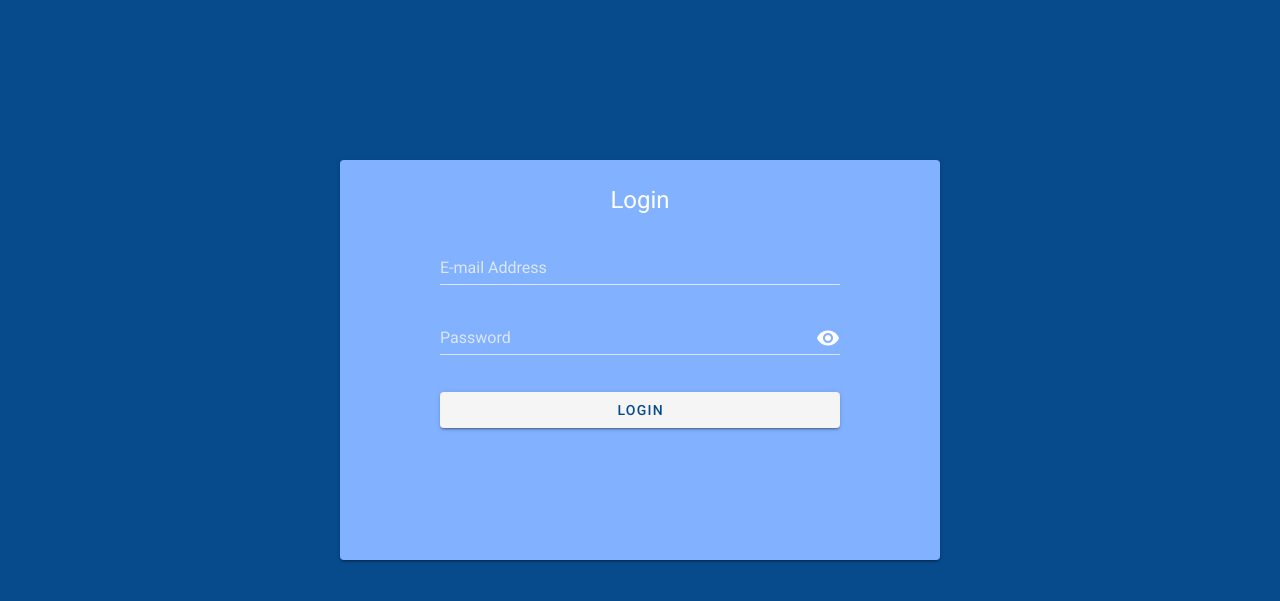
Repository: Grace229/Login
Page: /
These files come from the project's save history. The page is drawn as it stood at one moment and after the next save; the edit follows.
The browser window is 1280 px wide. The pictures show the whole page.
The project was rebuilt for these pictures with package versions that can differ from the ones it lists, and the page was loaded fresh each time. Also part of the build but not shown: vue.config.js. Imported but missing from the stored project, and not drawn on this page: src/views/About.vue.

Above is the page before, as saved 2021-02-15 17:08:18.

### src/App.vue
<template>
  <v-app>
    <v-main><router-view></router-view> </v-main>
  </v-app>
</template>

<script>
export default {
  name: "App",

  components: {},

  data: () => ({
    //
  }),
};
</script>

### src/plugins/vuetify.js
import Vue from "vue";
import Vuetify from "vuetify/lib/framework";

Vue.use(Vuetify);

export default new Vuetify({
  theme: {
    options: {
      customProperties: true,
    },
    themes: {
      light: {
        primary: "#084b8c",
        secondary: "#424242",
        accent: "#82B1FF",
        error: "#FF5252",
        info: "#2196F3",
        success: "#4CAF50",
        warning: "#FFC107",
      },
    },
  },
});

### src/views/Home.vue
<template>
  <main
    style="min-height:100vh"
    class="fill-height primary white--text d-flex flex-column justify-center pa-4"
  >
    <v-container>
      <v-card class="mx-auto accent" max-width="600" height="400">
        <header>
          <div class="headline text-center pt-6 white--text">
            Login
          </div>
        </header>
        <div class="pt-5 mx-auto accent" style="max-width: 400px;">
          <form v-on:submit.prevent="login()">
            <div>
              <v-text-field
                dark
                label="E-mail Address"
                v-model="email"
                :rules="[rules.required, rules.email]"
              />
            </div>
            <div>
              <v-text-field
                dark
                v-model="password"
                :rules="[rules.required]"
                label="Password"
                :type="showPassword ? 'text' : 'password'"
                text
                small
                @click:append="showPassword = !showPassword"
                class="transparent text-capitalize"
                :append-icon="showPassword ? 'mdi-eye-off' : 'mdi-eye'"
              >
              </v-text-field>
              <div class="pt-4">
                <v-btn block class="primary--text" type="submit">Login</v-btn>
              </div>
            </div>
          </form>
        </div>
      </v-card>
    </v-container>
  </main>
</template>

<script>
import axios from "axios";
import router from "../router";
export default {
  data() {
    return {
      email: "",
      password: "",
      FORM: {},
      showPassword: false,
      rules: {
        required: (value) => !!value || "Required.",
        counter: (value) => value.length <= 20 || "Max 20 characters",
        email: (value) => {
          const pattern = /^(([^<>()[\]\\.,;:\s@"]+(\.[^<>()[\]\\.,;:\s@"]+)*)|(".+"))@((\[[0-9]{1,3}\.[0-9]{1,3}\.[0-9]{1,3}\.[0-9]{1,3}])|(([a-zA-Z\-0-9]+\.)+[a-zA-Z]{2,}))$/;
          return pattern.test(value) || "Invalid e-mail.";
        },
      },
    };
  },
  methods: {
    login() {
      axios
        .post("https://login-api-grace.herokuapp.com/api/v1/auth/login", {
          email: this.email,
          password: this.password,
        })
        .then(() => {
          router.push({ name: "Profile" });
        })
        .catch((err) => {
          console.log(err);
        });
    },
  },
};
</script>

Loaded but not shown: public/index.html (common file); src/main.js (common file); src/router/index.js (common file); src/store/index.js (common file)

After the next save:
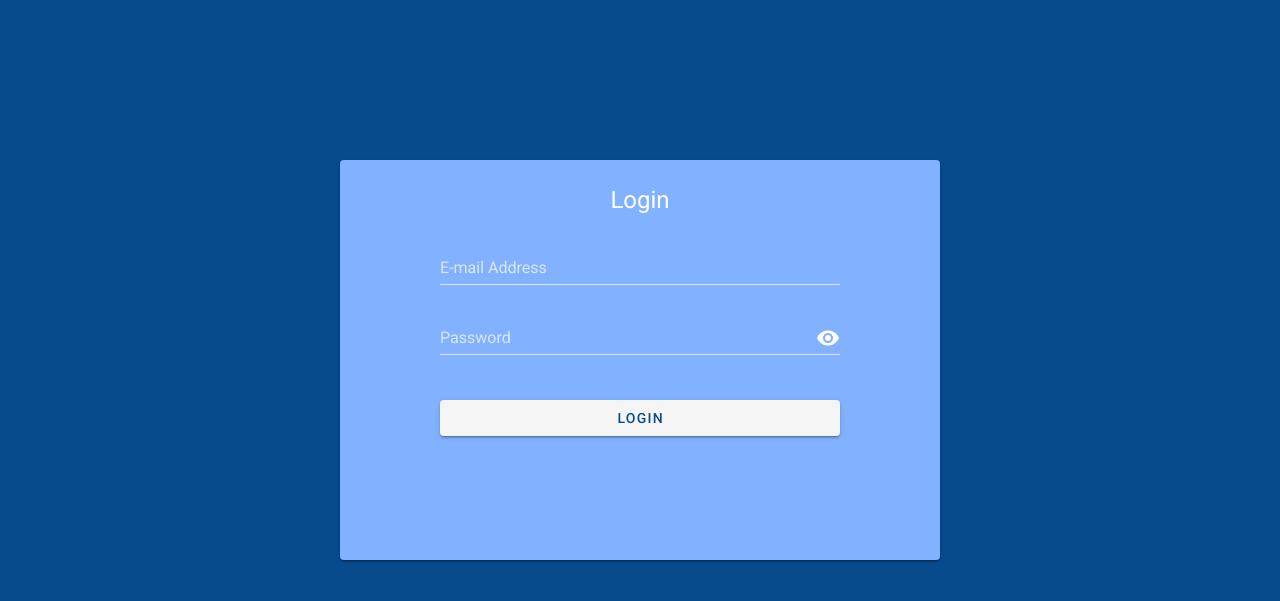
Saved 54 s later.
--- a/src/views/Home.vue
+++ b/src/views/Home.vue
@@ -34,7 +34,7 @@
                 :append-icon="showPassword ? 'mdi-eye-off' : 'mdi-eye'"
               >
               </v-text-field>
-              <div class="pt-4">
+              <div class="pt-6">
                 <v-btn block class="primary--text" type="submit">Login</v-btn>
               </div>
             </div>
